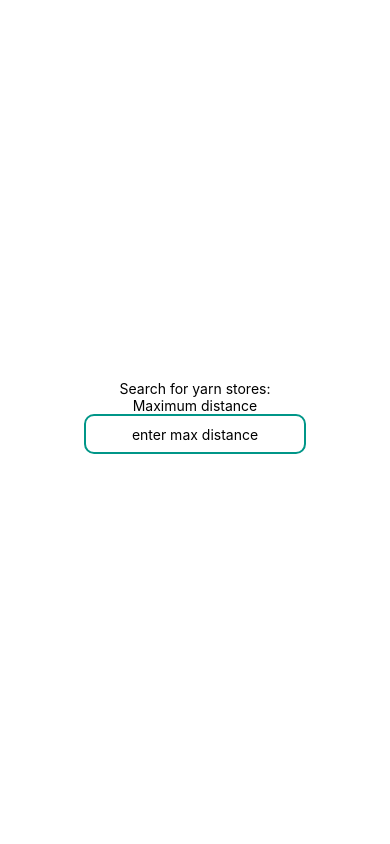
Repository: anuslorah/StashEnhancer
Screen: / (app in StashEnhancer1/)
The author's editor kept a copy of each file at every save. The screen is drawn from the files as they stood at one save, then again after the next save.
The app was drawn by React Native's web renderer in a window 390 px wide. The project was rebuilt for these pictures with package versions that can differ from the ones it lists, and the page was loaded fresh each time.

Above is the screen before, as saved 2019-06-27 18:00:19.

After the next save:
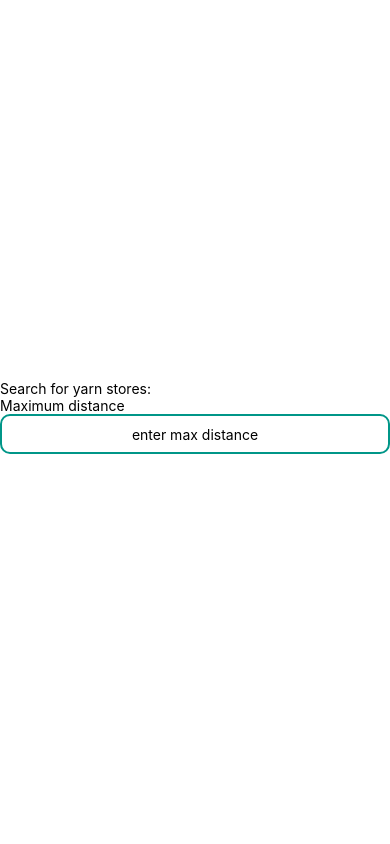
Saved 22 s later.
--- a/StashEnhancer1/App.js
+++ b/StashEnhancer1/App.js
@@ -18,7 +18,7 @@
   container: {
     flex: 1,
     backgroundColor: '#fff',
-    alignItems: 'center',
+    alignItems: 'left',
     justifyContent: 'center',
   },
   TextInputStyle: {

After the save that followed:
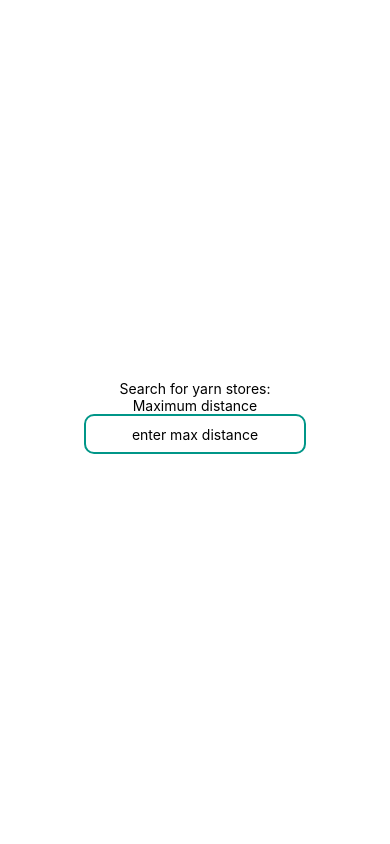
Saved 9 s later.
--- a/StashEnhancer1/App.js
+++ b/StashEnhancer1/App.js
@@ -18,7 +18,7 @@
   container: {
     flex: 1,
     backgroundColor: '#fff',
-    alignItems: 'left',
+    alignItems: 'center',
     justifyContent: 'center',
   },
   TextInputStyle: {
